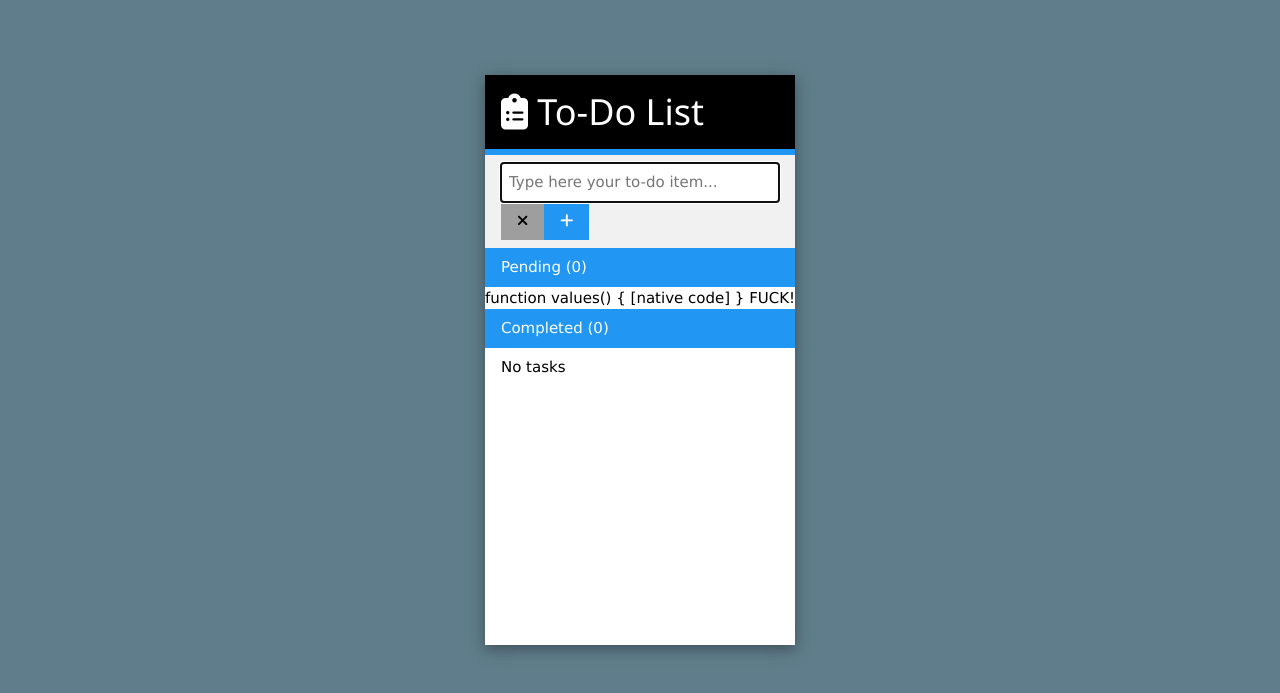
Repository: bclover/vue3-design-patterns-book
Page: /
An editor plug-in stored every save of this project. The page is shown before and after the next save, followed by the edit.
The browser window is 1280 px wide. The pictures show the whole page.
The project was rebuilt for these pictures with package versions that can differ from the ones it lists, and the page was loaded fresh each time. Also part of the build but not shown: vite.config.ts.

Above is the page before, as saved 2023-06-19 20:54:17.

### index.html
<!DOCTYPE html>
<html lang="en">
    <head>
        <meta charset="UTF-8" />
        <link rel="icon" type="image/svg+xml" href="/vite.svg" />
        <link rel="stylesheet" href="/css/w3.css" />
        <link rel="stylesheet" href="/css/fontawesome.min.css" />
        <link rel="stylesheet" href="/css/solid.min.css" />
        <link rel="stylesheet" href="/css/brands.min.css" />
        <meta name="viewport" content="width=device-width, initial-scale=1.0" />
        <title>To Do</title>
    </head>
    <body>
        <div id="app"></div>
        <script type="module" src="/src/main.ts"></script>
    </body>
</html>

### src/App.vue
<script lang="ts" setup>
import ToDos from './components/ToDos.vue';
</script>

<template>
  <div class="app w3-blue-gray">
    <ToDos></ToDos>
  </div>
</template>

<style scoped>
.app {
  display: flex;
  justify-content: center;
  width: 100vw;
  min-height: 100vh;
  padding: 5rem;
}
</style>

### src/components/ToDos.vue
<script lang="ts" setup>
import { computed, ComputedRef, Ref, ref, WritableComputedRef } from 'vue';

interface ToDo {
  id: number;
  text: Ref<string>;
  checked: boolean;
}

const _todo_value = ref('');
const _todo_text: WritableComputedRef<Ref<string>> = computed({
  get: () => _todo_text.value,
  set: (newValue: Ref<string>) => {
    _todo_value.value = newValue.value;
  },
});
const _todo_list: ComputedRef<Array<ToDo>> = computed(() => []);
const _pending = computed(() => {
  return _todo_list.value;
});
const _done = computed(() => {
  return _todo_list.value.filter((todo) => todo.checked);
});
function clearToDo(): void {
  _todo_text.value = _todo_value;
}
function addToDo() {
  console.log('addToDo =>');
  const date = new Date();
  const todo: ToDo = {
    id: date.valueOf(),
    text: _todo_text.value,
    checked: false,
  };
  console.log('todo =>', todo);
  console.log('_todo_list.value =>', _todo_list.value);
  _todo_list.value.push(todo);
  console.log('_todo_list.value AFTER =>', _todo_list.value);
  clearToDo();
}
</script>

<template>
  <div class="todo-container w3-white w3-card-4">
    <!-- Header -->
    <div class="w3-container w3-black w3-margin-0 w3-bottombar w3-border-blue">
      <h1>
        <i class="fa-solid fa-clipboard-list"></i>
        To-Do List
      </h1>
    </div>

    <!-- Remove & Add Buttons -->
    <div class="w3-container flex-container w3-light-gray w3-padding">
      <input
        class="w3-input w3-border-0"
        type="text"
        autofocus
        v-model="_todo_text"
        @keyup.enter="addToDo()"
        placeholder="Type here your to-do item..."
      />
      <button class="w3-button w3-gray" @click="clearToDo()">
        <i class="fa-solid fa-times"></i>
      </button>
      <button class="w3-button w3-blue" @click="addToDo()">
        <i class="fa-solid fa-plus"></i>
      </button>
    </div>

    <!-- Pending Todos Heading -->
    <div class="w3-padding w3-blue">Pending ({{ _pending.length }})</div>

    {{ _pending.values }}

    FUCK!
    <!-- List of Pending Todos -->
    <div class="w3-padding" v-for="todo in _pending" :key="todo.id">
      <label>
        <input type="checkbox" v-model="todo.checked" />
        <span class="w3-margin-left">{{ todo.text }}</span>
      </label>

      <!-- No Pending Tasks -->
      <div class="w3-padding" v-show="_pending.length == 0">No tasks</div>
    </div>

    <!-- Completed Todos Heading -->
    <div class="w3-padding w3-blue">Completed ({{ _done.length }})</div>

    <!-- List of Completed Todos -->
    <div class="w3-padding" v-for="todo in _done" :key="todo.id">
      <label>
        <input type="checkbox" v-model="todo.checked" />
        <span class="w3-margin-left">{{ todo.text }}</span>
      </label>
    </div>

    <!-- No Completed Todos -->
    <div class="w3-padding" v-show="_done.length == 0">No tasks</div>
  </div>
</template>

Loaded but not shown: src/main.ts (common file); public/css/w3.css (library); public/css/fontawesome.min.css (library); public/css/solid.min.css (common file); public/css/brands.min.css (library)

After the next save:
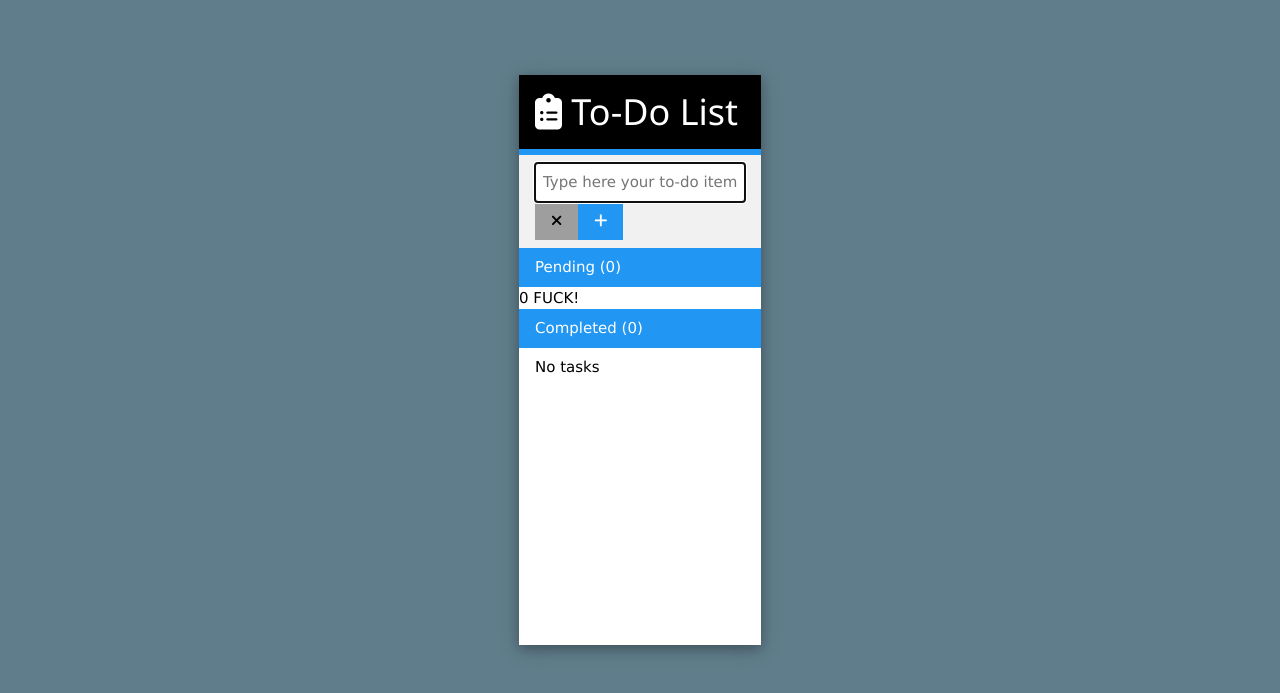
Saved 38 s later.
--- a/src/components/ToDos.vue
+++ b/src/components/ToDos.vue
@@ -71,11 +71,11 @@ function addToDo() {
     <!-- Pending Todos Heading -->
     <div class="w3-padding w3-blue">Pending ({{ _pending.length }})</div>
 
-    {{ _pending.values }}
+    {{ _pending.length }}
 
     FUCK!
     <!-- List of Pending Todos -->
-    <div class="w3-padding" v-for="todo in _pending" :key="todo.id">
+    <div class="w3-padding" v-for="todo in _pending.values" :key="todo.id">
       <label>
         <input type="checkbox" v-model="todo.checked" />
         <span class="w3-margin-left">{{ todo.text }}</span>
@@ -89,7 +89,7 @@ function addToDo() {
     <div class="w3-padding w3-blue">Completed ({{ _done.length }})</div>
 
     <!-- List of Completed Todos -->
-    <div class="w3-padding" v-for="todo in _done" :key="todo.id">
+    <div class="w3-padding" v-for="todo in _done.values" :key="todo.id">
       <label>
         <input type="checkbox" v-model="todo.checked" />
         <span class="w3-margin-left">{{ todo.text }}</span>
